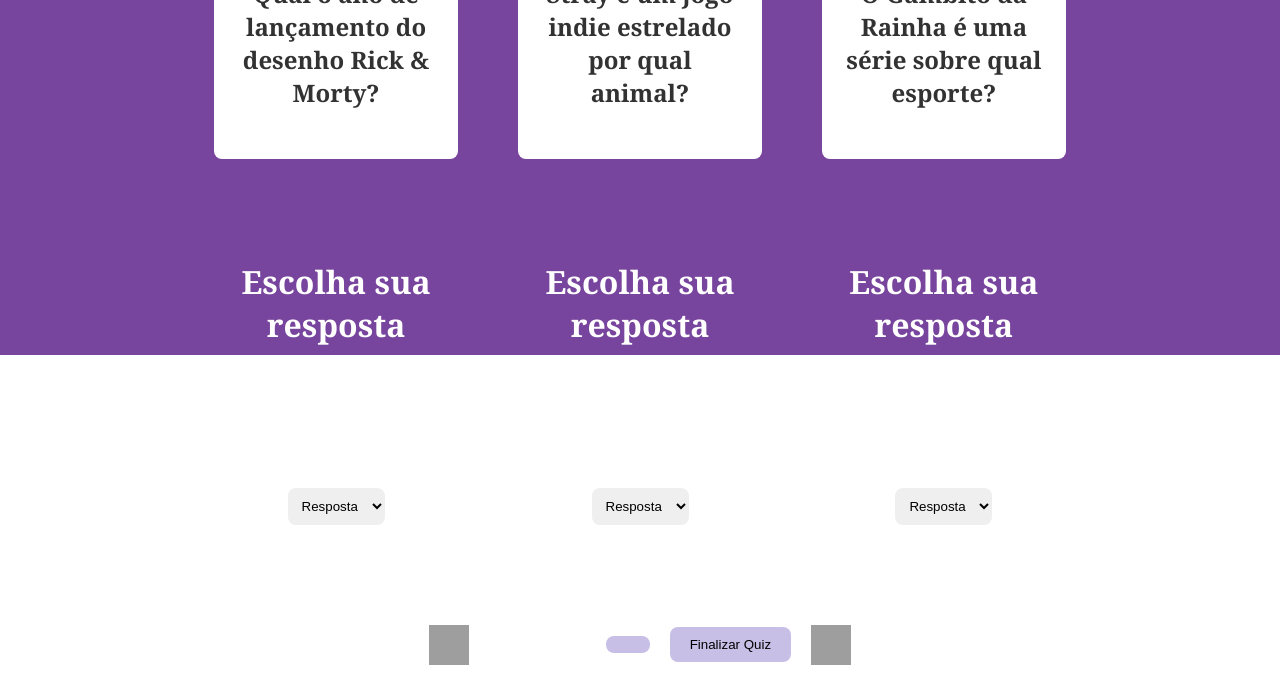
Repository: Gabrielb0rn/quiz.io
Page: index.html
The author's editor kept a copy of each file at every save. The page is drawn from the files as they stood at one save, then again after the next save.
The browser window is 1280 px wide. The pictures show the part of the page from y = 365 to 1050 px (the page is 1050 px tall before and 1038 px after).
Pictures or frames that could not be fetched are drawn as grey boxes. A picture or video elsewhere on the page could not be fetched, so the positions and the page height are approximate.

Above is the page before, as saved 2024-07-03 19:38:51.

### index.html
<!DOCTYPE html>
<html lang="pt-br">
<head>
    <meta charset="UTF-8">
    <meta name="viewport" content="width=device-width, initial-scale=1.0">
    <link rel="shortcut icon" href="resources/icone.ico" type="image/x-icon">
    <title>The Coolest Quizzz</title>
    <link rel="stylesheet" href="assets/style.css">
</head>
<body>

    <!-- DIV Container - Para englobar as outras divs, tamanho total da página -->
    <div id="container">

        <!-- DIV Topo - Para o título e imagens -->
        <div id="topoTitulo">
            <center><img src="resources/header.png" alt="header"></center>
        </div>

        <!-- DIV Perguntas - Para os cards de perguntas -->
        <div id="meioPerguntas">
            <div class="pergunta-coluna">
                <div class="pergunta">
                    <h1 class="pergunta-titulo">Pergunta 1</h1>
                    <h2>Qual o ano de lançamento do desenho Rick & Morty?</h2>
                </div>
            </div>
            <div class="pergunta-coluna">
                <div class="pergunta">
                    <h1 class="pergunta-titulo">Pergunta 2</h1>
                    <h2>Stray é um jogo indie estrelado por qual animal?</h2>
                </div>
            </div>
            <div class="pergunta-coluna">
                <div class="pergunta">
                    <h1 class="pergunta-titulo">Pergunta 3</h1>
                    <h2>O Gambito da Rainha é uma série sobre qual esporte?</h2>
                </div>
            </div>
        </div>

        <!-- DIV Labels - Para as labels informativas de escolha -->
        <div id="meioLabels">
            <div class="label-coluna">
                <div class="label-resposta">
                    <h1>Escolha sua resposta</h1>
                </div>
            </div>
            <div class="label-coluna">
                <div class="label-resposta">
                    <h1>Escolha sua resposta</h1>
                </div>
            </div>
            <div class="label-coluna">
                <div class="label-resposta">
                    <h1>Escolha sua resposta</h1>
                </div>
            </div>
        </div>

        <!-- DIV Selects - Para os menus de select com as respostas -->
        <div id="meioSelects">
            <div class="select-coluna">
                <div class="select-resposta">
                    <select name="pergunta1" id="pergunta1">
                        <option value="">Resposta</option>
                        <option value="errada">2010</option>
                        <option value="certa">2013</option>
                        <option value="errada">2015</option>
                    </select>
                </div>
            </div>
            <div class="select-coluna">
                <div class="select-resposta">
                    <select name="pergunta2" id="pergunta2">
                        <option value="">Resposta</option>
                        <option value="errada">Elefante</option>
                        <option value="errada">Cachorro</option>
                        <option value="certa">Gato</option>
                    </select>
                </div>
            </div>
            <div class="select-coluna">
                <div class="select-resposta">
                    <select name="pergunta3" id="pergunta3">
                        <option value="">Resposta</option>
                        <option value="errada">Pôquer</option>
                        <option value="errada">Damas</option>
                        <option value="certa">Xadrez</option>
                    </select>
                </div>
            </div>
        </div>

        <!-- DIV Resultado - Para a pontuação, resultado e botão de gerar pontos -->
        <div id="baixoResultado">
            <img src="resources/icone-direita.png" alt="icone-direita" class="icone">
            <label>Sua Pontuação: </label>
            <input type="text" id="pontuacao" disabled>
            <button onclick="calcularPontuacao()">Finalizar Quiz</button>
            <img src="resources/icone-esquerda.png" alt="icone-esquerda" class="icone">
        </div>

    </div>

    <script src="assets/scripts.js"></script>

</body>
</html>

### assets/style.css
html, body {
    height: 100%;
    margin: 0;
    font-family: Cambria, serif;
}

#container {
    height: 100%;
    background-color: #78459E;
    color: #FFFFFF;
    text-align: center;
    display: flex;
    flex-direction: column;
    align-items: center;
    padding: 20px;
    box-sizing: border-box;
}

#topoTitulo {
    height: 20%;
    background-color: #78459E;
    padding: 20px;
    display: flex;
    flex-direction: column;
    align-items: center;
}

#topoTitulo h1 {
    margin: 0;
    font-size: 2em;
}

#meioPerguntas, #meioLabels, #meioSelects {
    display: flex;
    justify-content: space-between;
    width: 80%;
    padding: 20px 60px; /* Espaço nas laterais */
    box-sizing: border-box;
}

.pergunta-coluna {
    display: flex;
    flex-direction: column;
    align-items: center;
    background-color: #FFFFFF;
    color: #323233;
    padding: 20px;
    border-radius: 8px;
    width: 28%; /* Ajustar a largura das colunas para caber com o espaçamento */
    box-sizing: border-box;
}

.pergunta-coluna .pergunta {
    margin-bottom: 10px;
}

.pergunta-titulo{
    background-color: #C8BFE7;
}

.label-coluna, .select-coluna{
    display: flex;
    flex-direction: column;
    align-items: center;
    color: #ffffff;
    padding: 20px;
    width: 28%;
    box-sizing: border-box;
}

.label-coluna .label-resposta, .select-coluna .select-resposta {
    margin-bottom: 10px;
}

.select-coluna select {
    width: 100%;
    padding: 10px;
    border-radius: 8px;
    border: none;
    margin: 10px 0;
}

#baixoResultado {
    height: 20%;
    display: flex;
    justify-content: center;
    align-items: center;
    width: 100%;
    padding: 20px;
}

#baixoResultado .icone {
    width: 40px;
    height: 40px;
    margin: 0 10px;
}

#baixoResultado input[type="text"] {
    width: 40px;
    text-align: center;
    margin: 0 10px;
    background-color: #C8BFE7;
    border: none;
    border-radius: 8px;
}

#baixoResultado button {
    background-color: #C8BFE7;
    border: none;
    padding: 10px 20px;
    cursor: pointer;
    border-radius: 8px;
    margin: 0 10px;
}

#baixoResultado button:hover {
    background-color: #B29ACC;
}

/* Espaços adicionais */
#meioPerguntas > div, #meioLabels > div, #meioSelects > div {
    margin: 0 10px; /* Espaço entre as colunas */
}

#container > *:not(#baixoResultado) {
    margin-bottom: 20px; /* Espaço entre as seções */
}

### assets/scripts.js
function calcularPontuacao() {
    const resposta1 = document.getElementById('pergunta1').value;
    const resposta2 = document.getElementById('pergunta2').value;
    const resposta3 = document.getElementById('pergunta3').value;

    if (resposta1 === "" || resposta2 === "" || resposta3 === "") {
        alert("Por favor, responda todas as perguntas.");
        return;
    }

    let pontuacao = 0;

    if (resposta1 === "certa") {
        pontuacao++;
    }
    if (resposta2 === "certa") {
        pontuacao++;
    }
    if (resposta3 === "certa") {
        pontuacao++;
    }

    document.getElementById('pontuacao').value = pontuacao;

    if (pontuacao === 3) {
        alert("Parabéns! Você acertou todas as perguntas! Pontuação máxima! :D");
    } else {
        alert("Quiz Finalizado! Confira sua pontuação :)");
    }
}

After the next save:
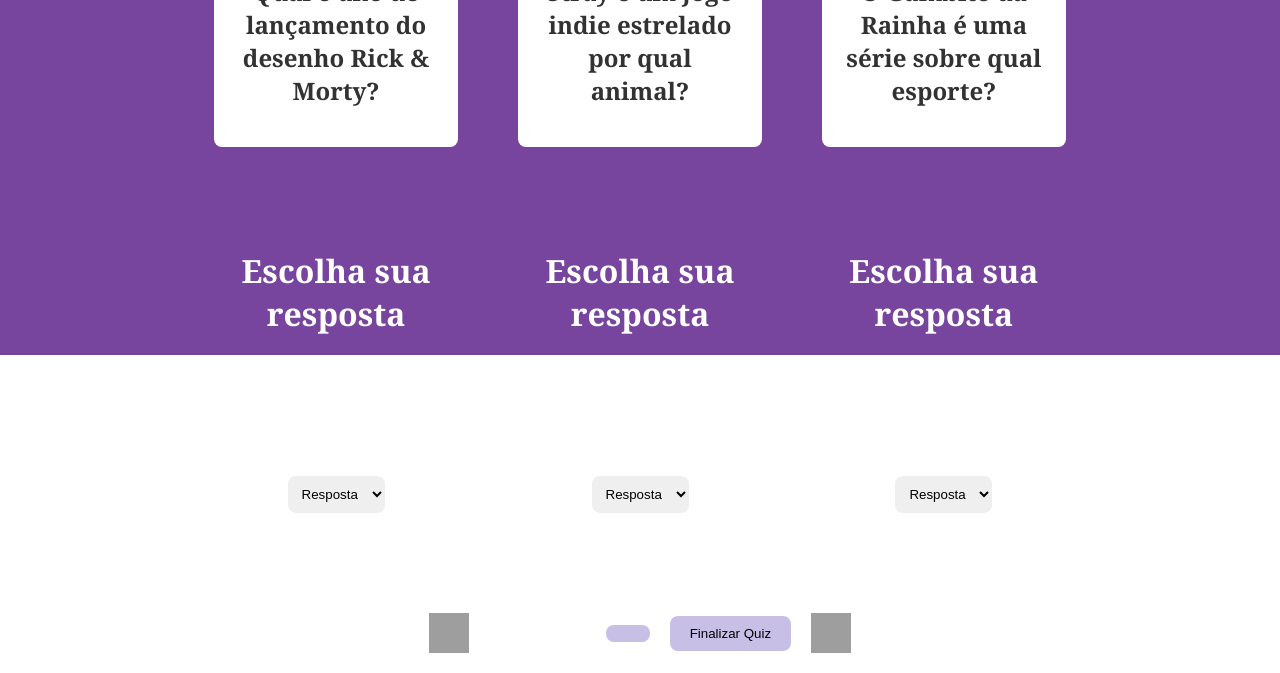
Saved 7 s later.
--- a/assets/style.css
+++ b/assets/style.css
@@ -50,7 +50,7 @@
     box-sizing: border-box;
 }
 
-.pergunta-coluna .pergunta {
+.pergunta-coluna .pergunta h1{
     margin-bottom: 10px;
 }
 

After the save that followed:
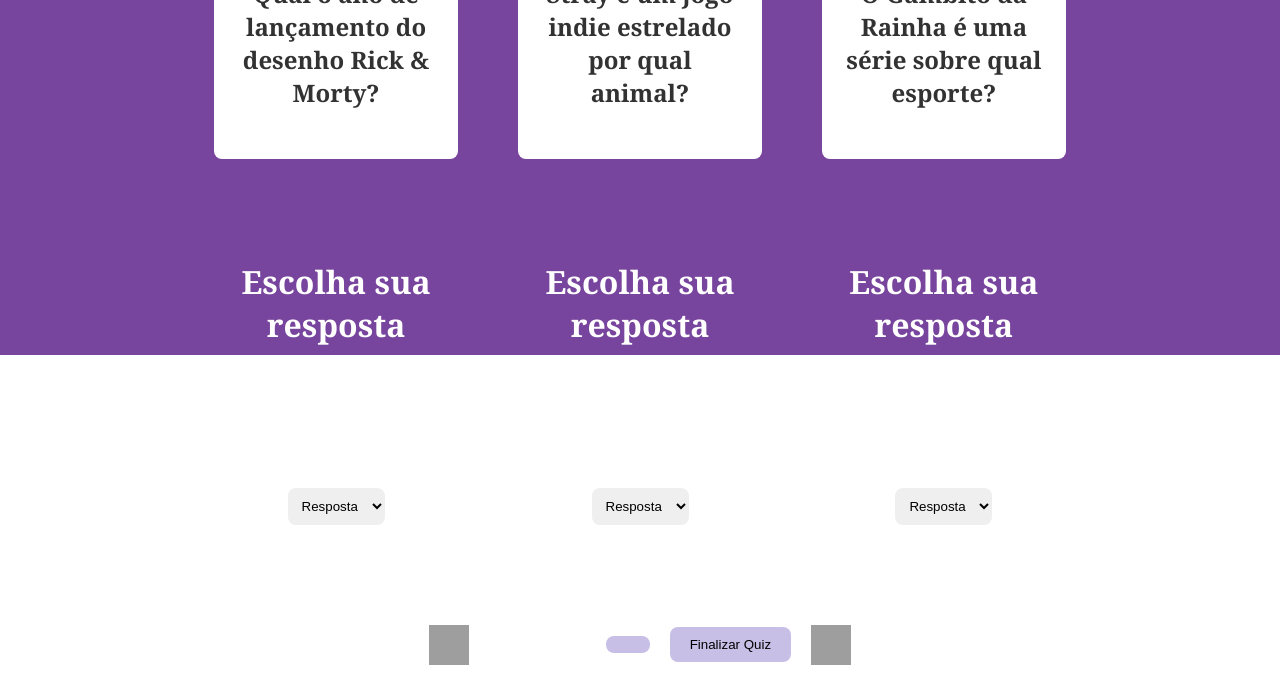
Saved 10 s later.
--- a/assets/style.css
+++ b/assets/style.css
@@ -50,7 +50,7 @@
     box-sizing: border-box;
 }
 
-.pergunta-coluna .pergunta h1{
+.pergunta-coluna .pergunta {
     margin-bottom: 10px;
 }
 
